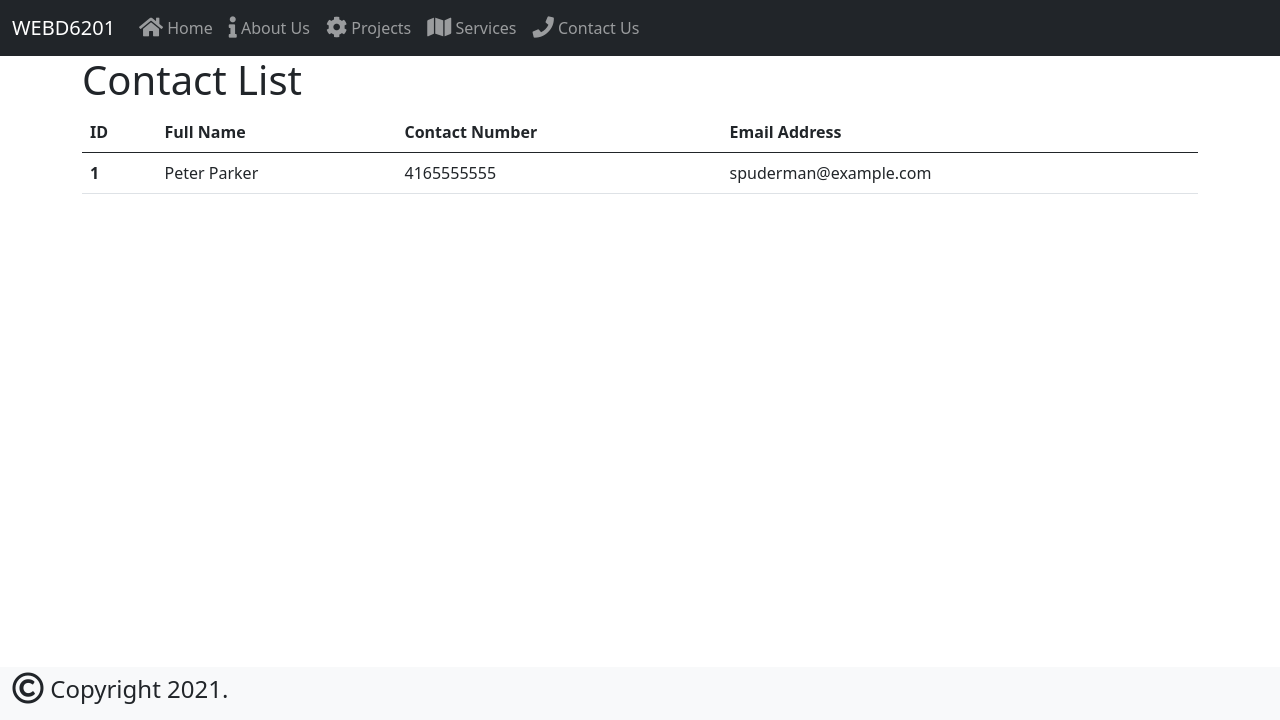
Repository: ahmedrizvi/WEB6201-W2021-ICE02
Page: contact-list.html
An editor plug-in stored every save of this project. The page is shown before and after the next save, followed by the edit.
The browser window is 1280 px wide. The pictures show the whole page.

Above is the page before, as saved 2021-01-29 22:32:08.

After the next save:
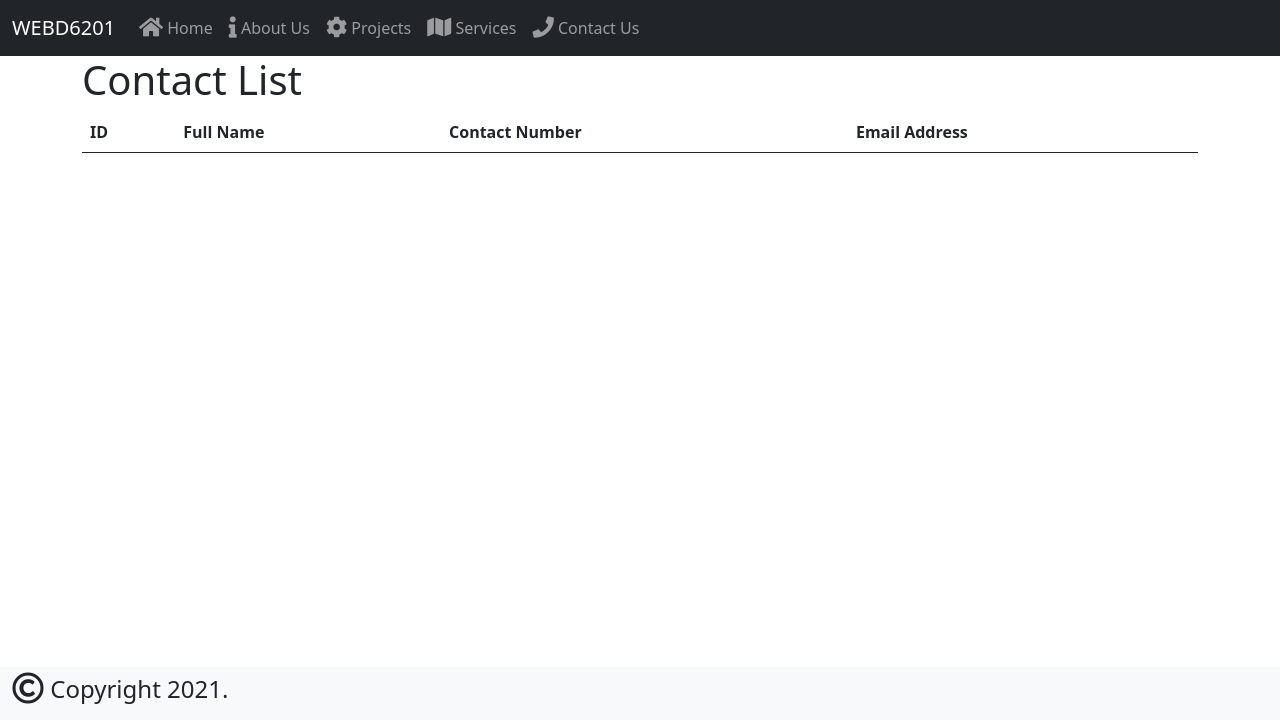
Saved 28 s later.
--- a/contact-list.html
+++ b/contact-list.html
@@ -62,12 +62,6 @@
                 </tr>
               </thead>
               <tbody id="contactList">
-                <tr>
-                  <th scope="row">1</th>
-                  <td>Peter Parker</td>
-                  <td>4165555555</td>
-                  <td>spuderman@example.com</td>
-                </tr>
 
               </tbody>
             </table>
